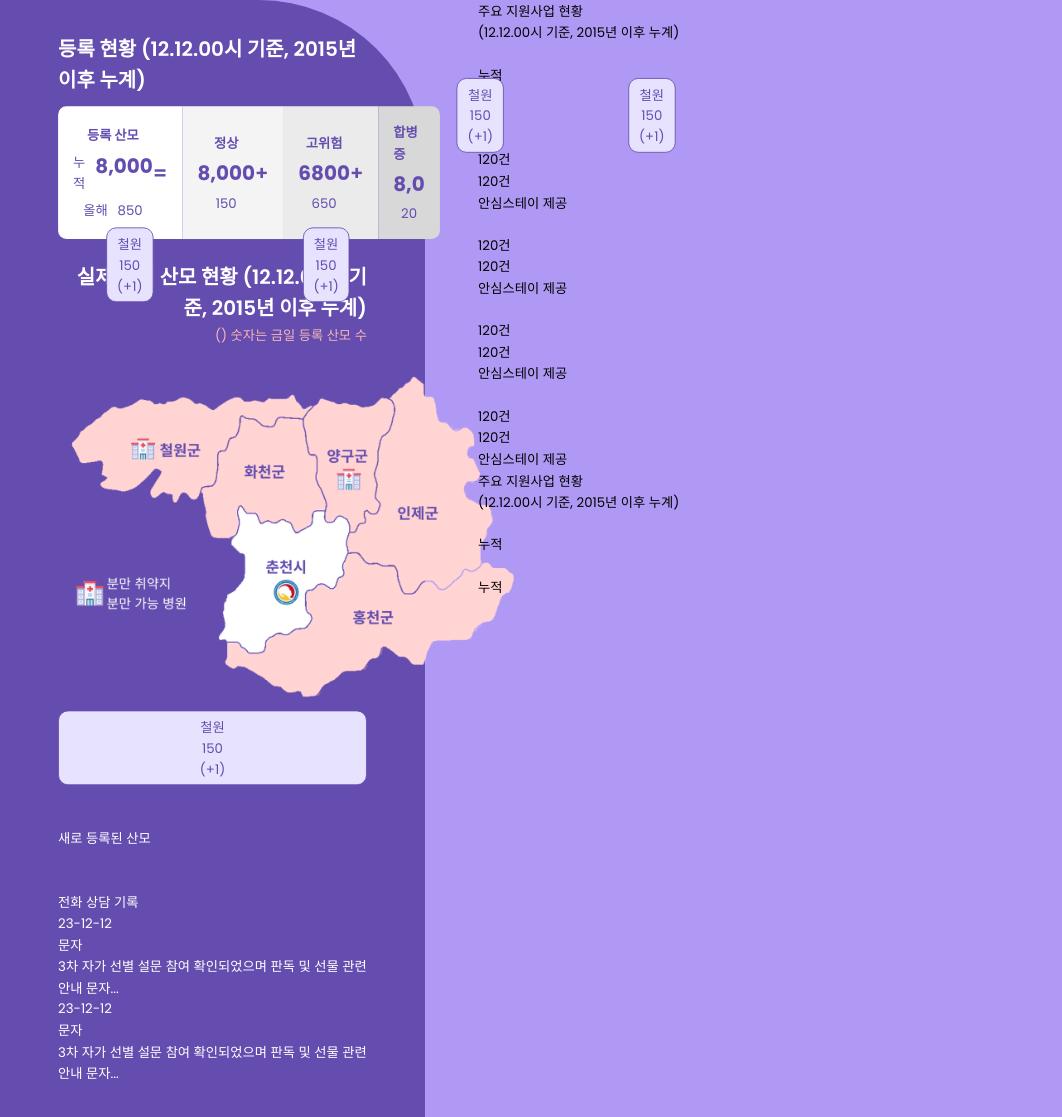
Repository: giapchicuong/Perganancy_Web
Page: index.html
The author's editor kept a copy of each file at every save. The page is drawn from the files as they stood at one save, then again after the next save.
The browser window is 1280 px wide. The pictures show the whole page, at 83% of full size.

Above is the page before, as saved 2024-03-06 18:08:04.

After the next save:
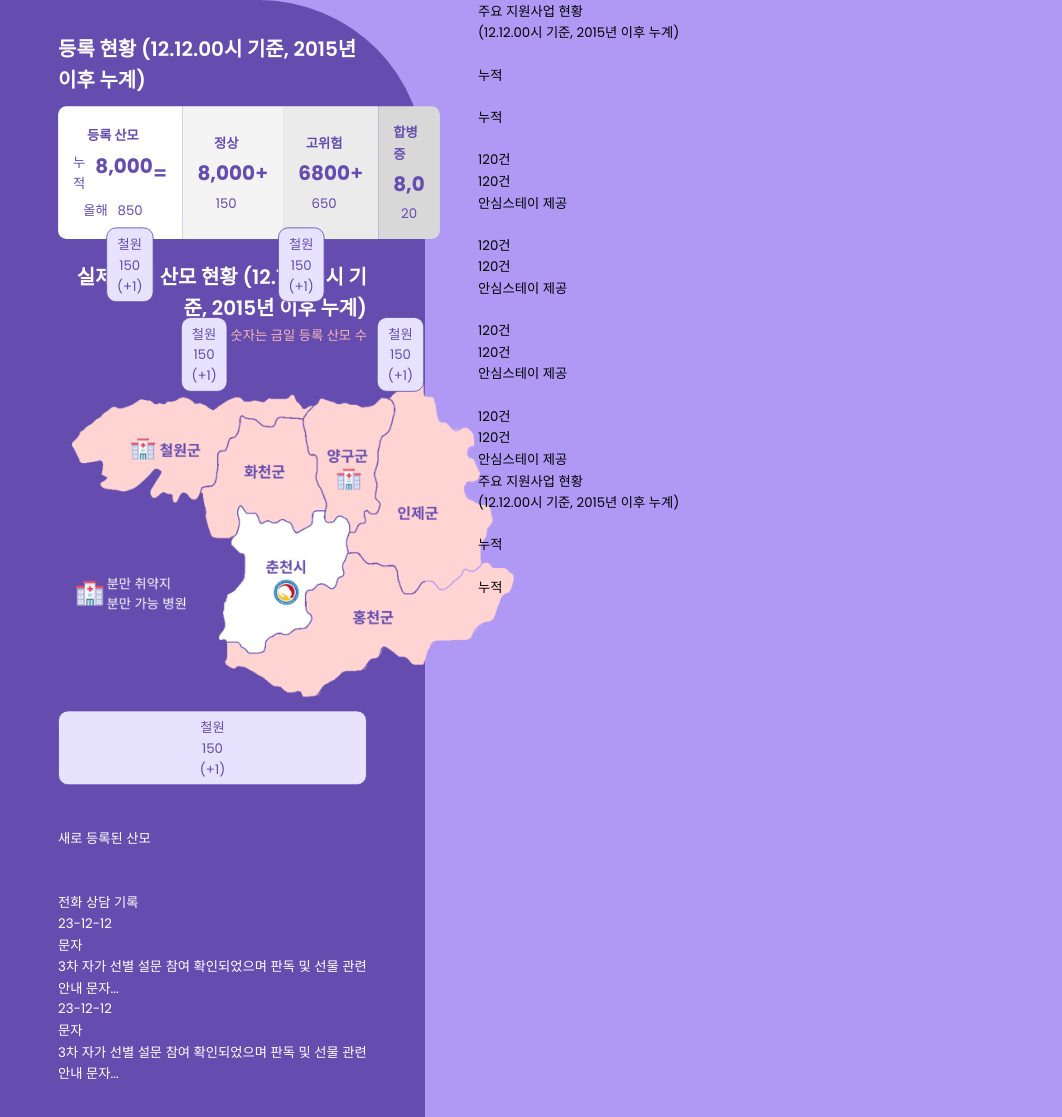
Saved 77 s later.
--- a/assets/style.css
+++ b/assets/style.css
@@ -127,12 +127,13 @@
     left: 43%;
 }
 .advertising-left__map-item-list-top {
-    gap:180px;
     top: 38%;
     left: 10%;
 }
 .advertising-left__map-item-list-center{
-
+    gap: 180px;
+    top: 53%;
+    left: 17%;
 }
 .advertising-left__map-item-list-bottom{
 
